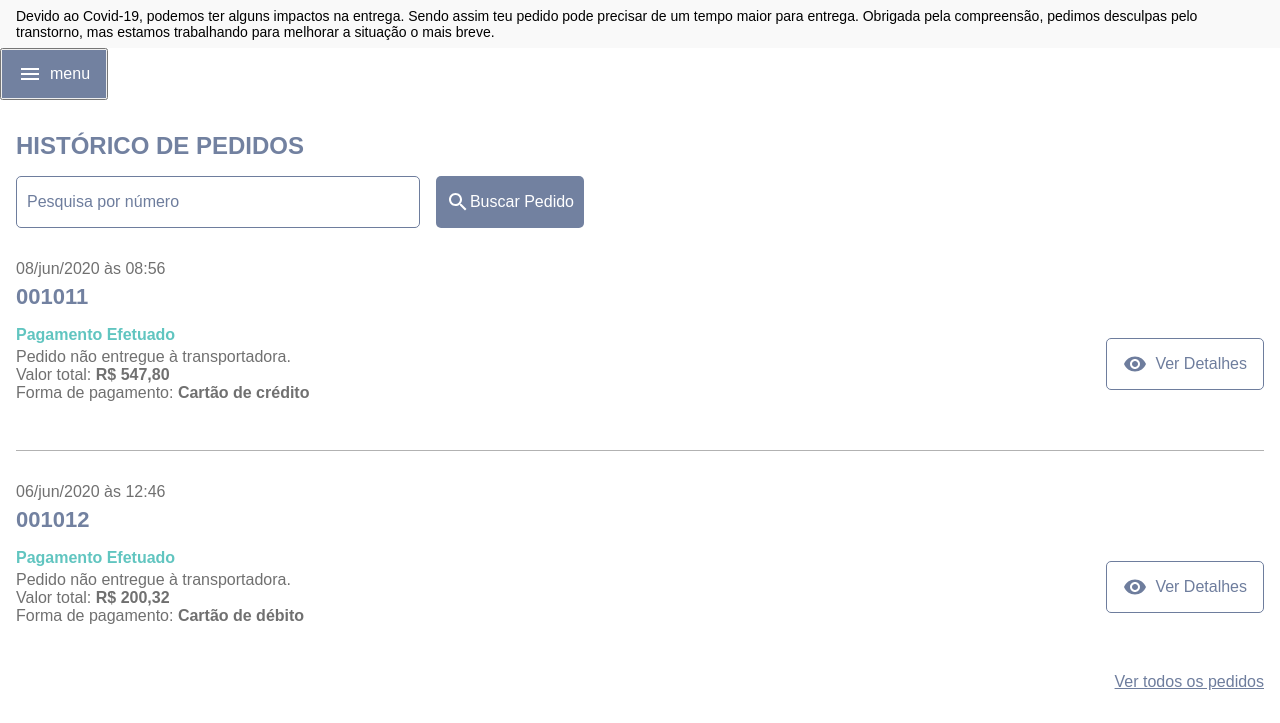
Repository: indiamarasiqueira/gestao-produto
Page: /
The author's editor kept a copy of each file at every save. The page is drawn from the files as they stood at one save, then again after the next save.
The browser window is 1280 px wide. The pictures show the whole page.
The project was rebuilt for these pictures with package versions that can differ from the ones it lists, and the page was loaded fresh each time. Also part of the build but not shown: src/pages/generic/style.js, src/pages/generic/index.js, src/components/ModalMenu/index.js.

Above is the page before, as saved 2020-07-07 10:44:49.

### src/global.js
import { createGlobalStyle } from "styled-components";

const GlobalStyle = createGlobalStyle`
    * {
        margin: 0;
        padding: 0;
        outline: 0;
        box-sizing: border-box;
    }
   html, body, #root {
    margin: 0;
    padding: 0;
    font-family: 'Montserrat', sans-serif;
    -webkit-font-smoothing: antialiased;
    -moz-osx-font-smoothing: grayscale;
    background-color: #ffffff;
    }
`;
export default GlobalStyle;

### src/routes.js
import React from "react";
import { BrowserRouter, Switch, Route } from "react-router-dom";

import GenericPage from "./pages/generic";
import OrderHistory from "./pages/orderHistory";
import AlertCovid from "./components/AlertCovid";

export default function Routes() {
  return (
    <BrowserRouter>
      <Switch>
        <Route path="*">

          <AlertCovid />
          <Route path="/perfil" exact component={() => <GenericPage title="Meu Perfil" />} />
          <Route path="/localizacao" exact component={() => <GenericPage title="Meus endereços" />} />
          <Route path="/favoritos" exact component={() => <GenericPage title="Lista de favoritos" />} />
          <Route path={["/", "/pedidos"]} exact component={OrderHistory} />
        </Route>
      </Switch>
    </BrowserRouter>
  );
}

### src/pages/orderHistory/index.js
import React, { Fragment, useState } from "react";

import AppMenu from "../../components/AppMenu";
import BoxSearch from "../../components/BoxSearch/index";
import HeaderTitle from "../../components/HeaderTitle";
import Order from "../../components/Order/index";

const OrderHistory = () => {
  const [value, setValue] = useState('');
  const [query, setQuery] = useState('');
  const handleChange = (e) => setValue(e.target.value);

  const handleSubmit = (e) => {
    e.preventDefault();
    setQuery(value);
  }

  return (
    <Fragment>
      <AppMenu />
      <HeaderTitle>HISTÓRICO DE PEDIDOS</HeaderTitle>
      <BoxSearch value={value} handleChange={handleChange} handleSubmit={handleSubmit} />
      <Order query={query} />
    </Fragment>
  );
};
export default OrderHistory;

### src/components/AlertCovid/index.js
import React from "react";

import { Alert } from './style';

const AlertCovid = () => {
  return (
    <Alert>
      Devido ao Covid-19, podemos ter alguns impactos na entrega. Sendo assim teu pedido pode precisar de um tempo maior
      para entrega. Obrigada pela compreensão, pedimos desculpas pelo transtorno, mas estamos trabalhando para melhorar
      a situação o mais breve.
    </Alert>
  );
};
export default AlertCovid;

### src/components/HeaderTitle/index.js
import React from "react";

import { Title } from "./style";

const HeaderTitle = (props) => {
  return <Title>{props.children}</Title>;
};
export default HeaderTitle;

### src/components/AppMenu/index.js
import React, { useState } from "react";
import { useHistory } from "react-router-dom";

import MenuIcon from "@material-ui/icons/Menu";
import LockOpenIcon from "@material-ui/icons/LockOpen";
import HistoryIcon from "@material-ui/icons/History";
import RoomOutlinedIcon from "@material-ui/icons/RoomOutlined";
import FavoriteBorderIcon from "@material-ui/icons/FavoriteBorder";
import CloseIcon from "@material-ui/icons/Close";

import ModalMenu from '../ModalMenu/index';

import {
  MenuMain,
  Button,
  BoxIcon,
  MainMenu,
  UserInfo,
  UserInfoName,
  UserInfoEmail,
  MenuList,
  MenuListItem,
  MenuIconImage
} from "./style";

const AppMenu = () => {
  const history = useHistory();
  const [show, showModal] = useState(false);
  const navigate = (route) => {
    history.push(route);
    showModal(false);
  }

  return (
    <MenuMain>
      <Button onClick={() => showModal(!show)}>
        <BoxIcon>{show ? <CloseIcon /> : <MenuIcon />}</BoxIcon>
        menu
      </Button>
      <ModalMenu show={show}>
        <MainMenu>
          <UserInfo>
            <UserInfoName>Caroline Melinda W Effting</UserInfoName>
            <UserInfoEmail>effting.caroline@gmail.com</UserInfoEmail>
          </UserInfo>
          <MenuList>
            <MenuListItem onClick={() => navigate("/perfil")}>
              <MenuIconImage>
                <LockOpenIcon />
              </MenuIconImage>
              <span className="menu-label">meu perfil</span>
            </MenuListItem>
            <MenuListItem onClick={() => navigate("/pedidos")}>
              <MenuIconImage>
                <HistoryIcon />
              </MenuIconImage>
              <span className="menu-label">histórico de pedidos</span>
            </MenuListItem>
            <MenuListItem onClick={() => navigate("/localizacao")}>
              <MenuIconImage>
                <RoomOutlinedIcon />
              </MenuIconImage>
              <span className="menu-label">meus endereços</span>
            </MenuListItem>
            <MenuListItem onClick={() => navigate("/favoritos")}>
              <MenuIconImage>
                <FavoriteBorderIcon />
              </MenuIconImage>
              <span className="menu-label">lista de favoritos</span>
            </MenuListItem>
          </MenuList>
        </MainMenu>
      </ModalMenu>
    </MenuMain>
  );
};
export default AppMenu;

### src/components/BoxSearch/index.js
import React from "react";

import { Box, InputText, ButtonSearch } from "./style";
import SearchIcon from "@material-ui/icons/Search";

const BoxSearch = (props) => {
  return (
    <Box onSubmit={props.handleSubmit}>
      <InputText
        type="number"
        placeholder="Pesquisa por número"
        value={props.value}
        onChange={props.handleChange}
      />
      <ButtonSearch type="submit">
        <SearchIcon />
        <span className="search-text">Buscar Pedido</span>
      </ButtonSearch>
    </Box>
  );
};
export default BoxSearch;

### src/components/Order/index.js
import React, { useState } from "react";

import VisibilityIcon from "@material-ui/icons/Visibility";
import orderData from '../../db.json'

import {
  Empty,
  OrderList,
  OrderListItem,
  OrderDate,
  OrderId,
  OrderBox,
  OrderInfo,
  OrderStatus,
  ButtonOutline,
  OrderAll,
} from "./style";

const findOrder = (detail, query) => {
  const list = orderData.data;

  if (query){
    const regex = new RegExp(query);

    return list.filter(item => regex.test(item.id))
  }

  return detail ? orderData.data : orderData.data.slice(0, 2);
}


const Order = ({query}) => {
  const [detail, setDetail] = useState(false);
  const list = findOrder(detail, query)

  if (!list.length) {
    return <Empty>nenhum pedido encontrado :(</Empty>
  }

  return (
    <OrderList>
      {list.map((item, key) => (
        <OrderListItem key={key}>
          <OrderDate>{item.date}</OrderDate>
          <OrderId>{item.id}</OrderId>
          <OrderBox>
            <OrderInfo>
              <OrderStatus>{item.title}</OrderStatus>
              <p>
                {item.description}
                <br />
                Valor total: <b>R$ {item.price} </b>
                <br />
                Forma de pagamento: <b>{item.payment}</b>
              </p>
            </OrderInfo>
            <ButtonOutline>
              <VisibilityIcon />
              Ver Detalhes
            </ButtonOutline>
          </OrderBox>
        </OrderListItem>
      ))}
      {!detail && <OrderAll onClick={setDetail}>Ver todos os pedidos</OrderAll>}
    </OrderList>
  );
};
export default Order;

### src/components/AlertCovid/style.js
import styled from "styled-components";


// Main Page
export const Alert = styled.div`
  background: #f9f9f9;
  padding: 8px 16px;
  font-size: 14px;
`;

### src/components/HeaderTitle/style.js
import styled from "styled-components";

export const Title = styled.h1`
  color: #7281a0;
  padding: 16px;
  margin-top: 16px;
  font-weight: bold;
  font-size: 24px;
`;

### src/components/AppMenu/style.js
import styled from "styled-components";

export const MenuMain = styled.button`


`;
export const Button = styled.button`
  display: flex;
  align-items: center;
  justify-content: start;
  padding: 12px 16px;
  border: none;
  background: #7281A0;
  width: 100%;
  color: #ffffff;
  font-size: 16px;
  transition: all 0.2s ease-out;
  height: 48px;

  :hover{
    color: #7281A0;
    background: #F4F4F4;
  }
`;
export const BoxIcon = styled.div`
  display: inline-block;
  margin-right: 8px;
  height: 24px;
`;
export const MainMenu = styled.div`
  color: #717171;
  padding: 0 16px;
  border-bottom: 1px solid rgba(0, 0, 0, 0.3);
  position: fixed;
  top: 48px;
  left: 0;
  right: 0;
  bottom: 0;
  background: #fff;
`;

// User
export const UserInfo = styled.div`
  padding: 16px 0;
`;
export const UserInfoName = styled.p`
  margin-bottom: 8px;
`;
export const UserInfoEmail = styled.p``;
// Menu
export const MenuList = styled.nav``;

export const MenuListItem = styled.a`
  display: flex;
  align-items: center;
  padding: 16px 0;
  border-top: 1px solid rgba(0, 0, 0, 0.3);

  :hover{
    color: #707070;
    background: #F4F4F4;
  }
`;
export const MenuIconImage = styled.i`
  padding-left: 4px;
  padding-right: 16px;
`;

### src/components/BoxSearch/style.js
import styled from "styled-components";

export const Box = styled.form`
  padding: 0 16px;
  display: flex;
  align-items: center;
  justify-content: space-between;
  max-width: 600px;

`;
export const InputText = styled.input`
  flex: 1;
  color: #7281a0;
  height: 52px;
  border-radius: 5px;
  border: 1px solid #6e7d9d;
  font-size: 16px;
  padding-left: 10px;

  ::placeholder {
    color: #6e7d9d;
  }
`;
export const ButtonSearch = styled.button`
  background: #7281a0;
  border-radius: 5px;
  height: 52px;
  border: none;
  margin-left: 16px;
  padding: 10px;
  color: #ffffff;
  font-size: 16px;
  display: flex;
  align-items: center;
  justify-content: center;

  @media all and (max-width: 600px){
    .search-text{
      display: none;
    }
  }
`;

### src/db.json
{
  "data": [
    {
      "id": "001011",
      "date": "08/jun/2020 às 08:56",
      "title": "Pagamento Efetuado",
      "description": "Pedido não entregue à transportadora.",
      "price": "547,80",
      "payment": "Cartão de crédito"

    },
    {
      "id": "001012",
      "date": "06/jun/2020 às 12:46",
      "title": "Pagamento Efetuado",
      "description": "Pedido não entregue à transportadora.",
      "price": "200,32",
      "payment": "Cartão de débito"
    },
    {
      "id": "001013",
      "date": "04/jun/2020 às 09:30",
      "title": "Pagamento Efetuado",
      "description": "Pedido não entregue à transportadora.",
      "price": "150,60",
      "payment": "Cartão de crédito"
    },
    {
      "id": "001014",
      "date": "29/mai/2020 às 17:30",
      "title": "Pagamento Efetuado",
      "description": "Pedido não entregue à transportadora.",
      "price": "83,58",
      "payment": "Cartão de débito"
    }
  ]

}

### src/components/Order/style.js
import styled from "styled-components";

export const Empty = styled.div`
  padding: 16px;
  color: #ccc;
  text-align: center;
`;
export const OrderList = styled.div`
  padding: 0 16px;
`;
export const OrderListItem = styled.div`
  padding: 32px 0;
  border-top: 1px solid rgba(0, 0, 0, 0.3);

  &:first-of-type {
    border-top-width: 0;
  }


`;
export const OrderDate = styled.p`
  color: #707070;
  font-size: 16px;
`;
export const OrderId = styled.p`
  padding-top: 6px;
  color: #7281a0;
  font-size: 22px;
  font-weight: bold;
`;
export const OrderBox = styled.div`

  @media all and (min-width: 600px){
    display: flex;
    align-items: center;
  }
`;
export const OrderInfo = styled.div`
  flex: 1;
  margin: 16px 0;
  color: #707070;

`;
export const OrderStatus = styled.p`
  color: #61c5c0;
  margin-bottom: 4px;
  font-weight: bold;
`;
export const ButtonOutline = styled.div`
  border-radius: 5px;
  border: 1px solid #6e7d9d;
  height: 52px;
  display: flex;
  align-items: center;
  justify-content: center;
  color: #6e7d9d;
  padding: 8px 16px;

  svg {
    margin-right: 8px;
  }
`;
export const OrderAll = styled.button`
  color: #6E7D9D;
  margin-bottom: 32px;
  background: none;
  border: none;
  text-decoration: underline;
  width: 100%;
  display: flex;
  align-items: center;
  justify-content: flex-end;
  font-size: 16px;
`;

Loaded but not shown: public/index.html (common file); src/index.js (common file)

After the next save:
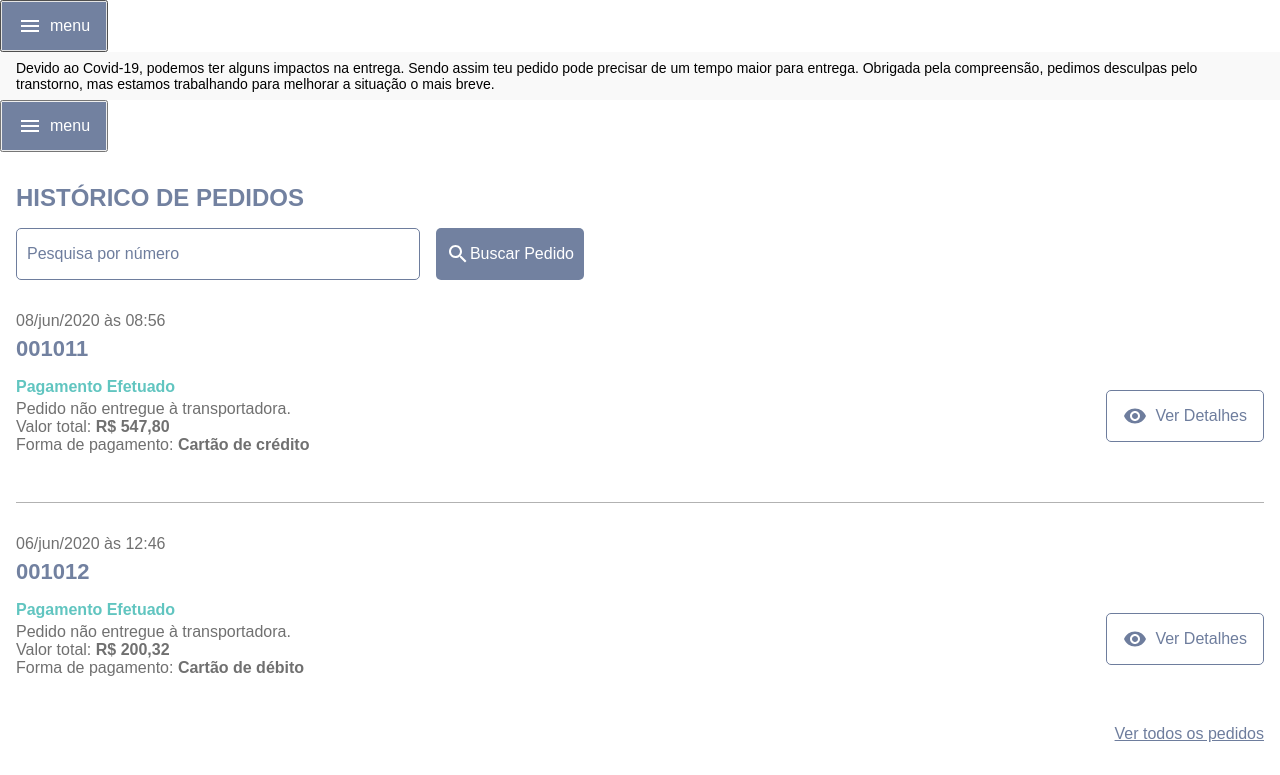
Saved 10 s later.
--- a/src/routes.js
+++ b/src/routes.js
@@ -2,7 +2,9 @@ import React from "react";
 import { BrowserRouter, Switch, Route } from "react-router-dom";
 
 import GenericPage from "./pages/generic";
+import AppMenu from "./components/AppMenu";
 import OrderHistory from "./pages/orderHistory";
+import HeaderTitle from "./components/HeaderTitle";
 import AlertCovid from "./components/AlertCovid";
 
 export default function Routes() {
@@ -10,7 +12,7 @@ export default function Routes() {
     <BrowserRouter>
       <Switch>
         <Route path="*">
-
+          <AppMenu />
           <AlertCovid />
           <Route path="/perfil" exact component={() => <GenericPage title="Meu Perfil" />} />
           <Route path="/localizacao" exact component={() => <GenericPage title="Meus endereços" />} />
